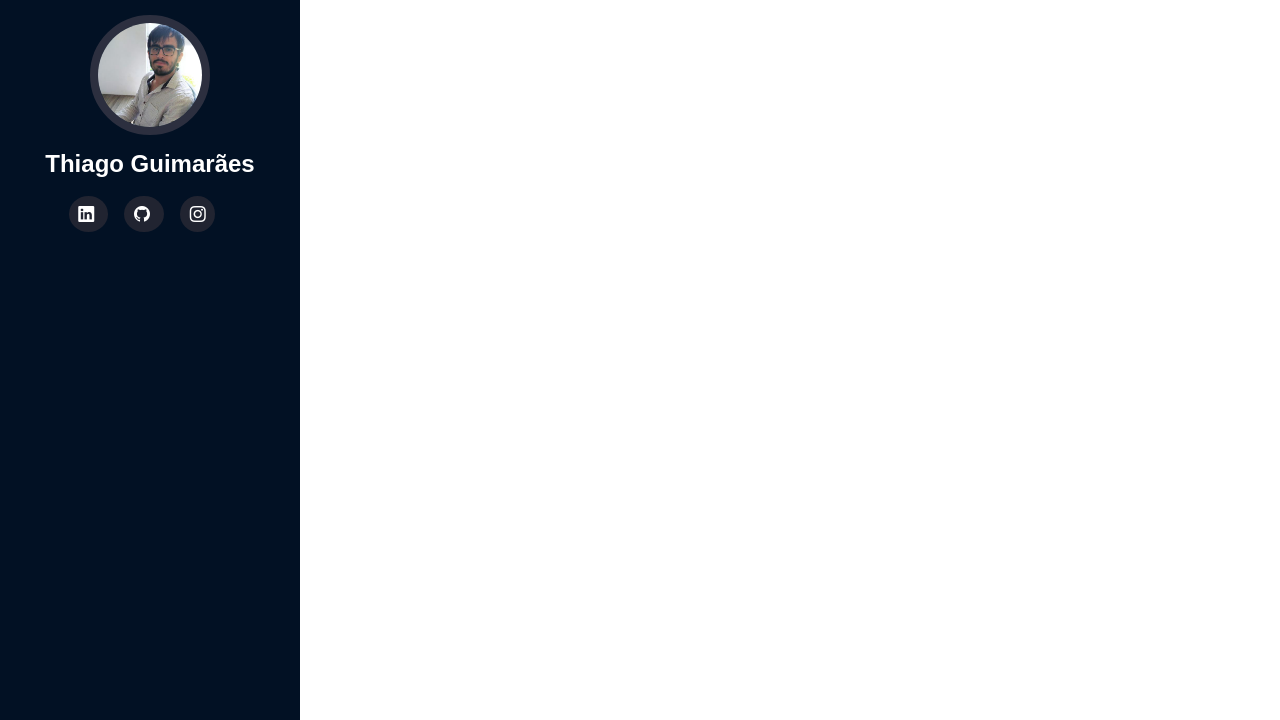
Repository: Rayago/projeto-portfolio
Page: http://localhost/
An editor plug-in stored every save of this project. The page is shown before and after the next save, followed by the edit.
The browser window is 1280 px wide. The pictures show the whole page.
Some web fonts or font styles are not loaded; a fallback is used. The page is served by the project's application, run on Flask 3 (app.py).

Above is the page before, as saved 2022-07-11 23:13:06.

### templates/index.html
<!DOCTYPE html>
<html lang="pt-br">
<head>
    <meta charset="UTF-8">
    <meta http-equiv="X-UA-Compatible" content="IE=edge">
    <meta name="viewport" content="width=device-width, initial-scale=1.0">
    <link rel="stylesheet" href="../static/bootstrap/css/bootstrap.css">
    <link rel="stylesheet" href="../static/style.css">
    <link rel="icon" type="image/png" href="../static/img">
    <link rel="stylesheet" href="https://cdn.jsdelivr.net/npm/bootstrap-icons@1.8.3/font/bootstrap-icons.css">
    <title>Thiago Guimarães</title>
</head>
<body>

    <aside id="header">
        <section class="profile">
            <img src="../static/img/meu_perfil.jpg" alt="Foto Perfil"/>
            <h1>Thiago Guimarães</h1>
            <div class="social-links mt-4 text-center">
                <a target="_blank" href="https://www.linkedin.com/in/raymundo-thiago">
                    <i class="bi bi-linkedin"></i>
                </a>
                <a target="_blank" href="https://www.github.com/Rayago">
                    <i class="bi bi-github"></i>
                </a>
                <a target="_blank" href="https://www.instagram.com/estudatech">
                    <i class="bi bi-instagram"></i>
                </a>
            </div>
        </section>

        <nav id="navbar" class="nav-menu">

        </nav>

    </aside>


    <script src="../static/bootstrap/js/bootstrap.bundle.min.js"></script>
    <script src="../static/script.js"></script>
</body>
</html>

### app.py
from flask import Flask, render_template, redirect

app = Flask(__name__)

@app.route('/')
def index():
    return render_template('index.html')

if __name__ == '__main__':
    app.run(debug=True)

### static/style.css
@import url('https://fonts.googleapis.com/css2?family=Ubuntu:ital,wght@0,300;0,400;0,500;0,700;1,300;1,400;1,500;1,700&display=swap');

html, body {
    font-family: Ubuntu, Arial;
    width: 100%;
    height: 100%;
}

#header {
    position: fixed;
    top: 0;
    left: 0;
    bottom: 0;
    background: #021124;
    overflow-y: auto;
    width: 300px;
    transition: all ease-in-out 0.5s;
    padding: 0 15px;
    z-index: 9997;
}

#header .profile img {
    margin: 15px auto;
    display: block;
    width: 120px;
    border: 8px solid #2c2f3f;
    border-radius: 50%;
}

#header .profile h1 {
    font-size: 24px;
    margin: 0;
    padding: 0;
    font-weight: 600;
    text-align: center;
    color: white;
}

#header .profile .social-links a {
    font-size: 1rem;
    background: #212431;
    color: #fff;
    padding: 0.6rem;
    margin-right: 1rem;
    border-radius: 50%;
    transition: 0.3s;
    text-decoration: none;
}

#header .profile .social-links a:hover {
    background: #149ddd;
}

Loaded but not shown: static/bootstrap/css/bootstrap.css (library); static/bootstrap/js/bootstrap.bundle.min.js (library); static/script.js (no stored copy; drawn as an empty file)

After the next save:
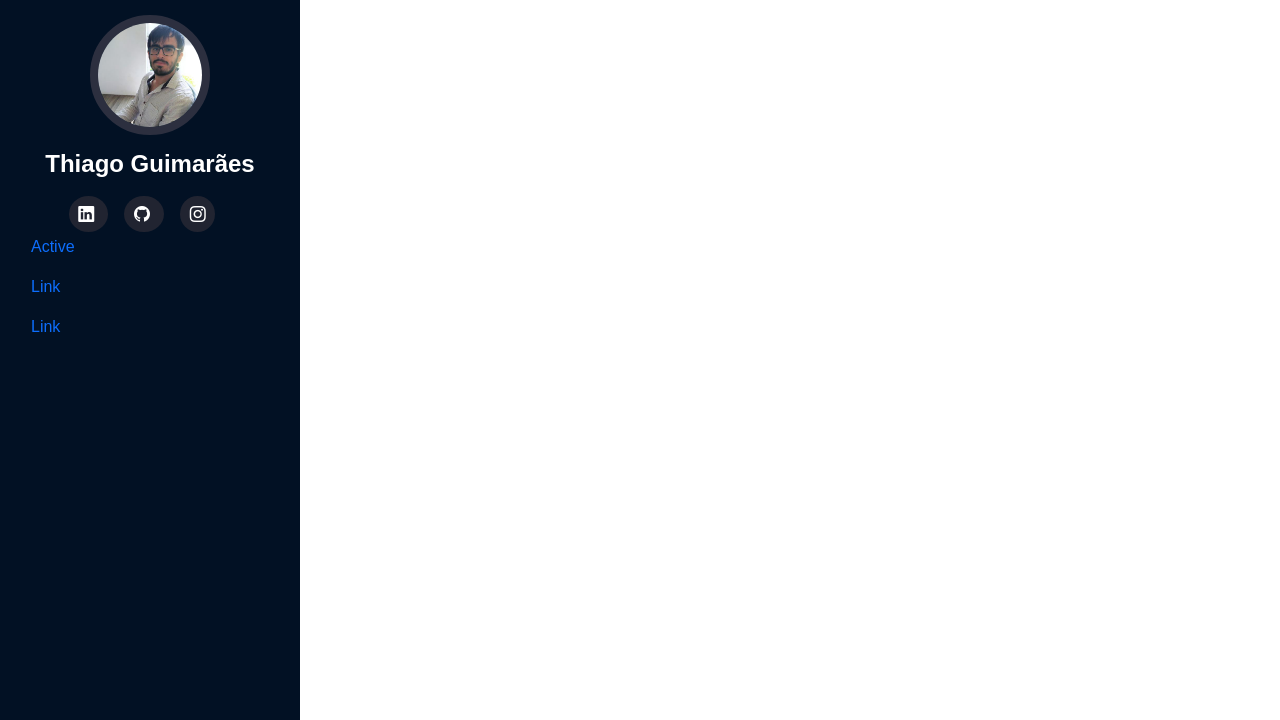
Saved 97 s later.
--- a/templates/index.html
+++ b/templates/index.html
@@ -30,7 +30,17 @@
         </section>
 
         <nav id="navbar" class="nav-menu">
-
+            <ul class="nav flex-column">
+                <li class="nav-item">
+                  <a class="nav-link active" aria-current="page" href="#">Active</a>
+                </li>
+                <li class="nav-item">
+                  <a class="nav-link" href="#">Link</a>
+                </li>
+                <li class="nav-item">
+                  <a class="nav-link" href="#">Link</a>
+                </li>
+              </ul>
         </nav>
 
     </aside>
